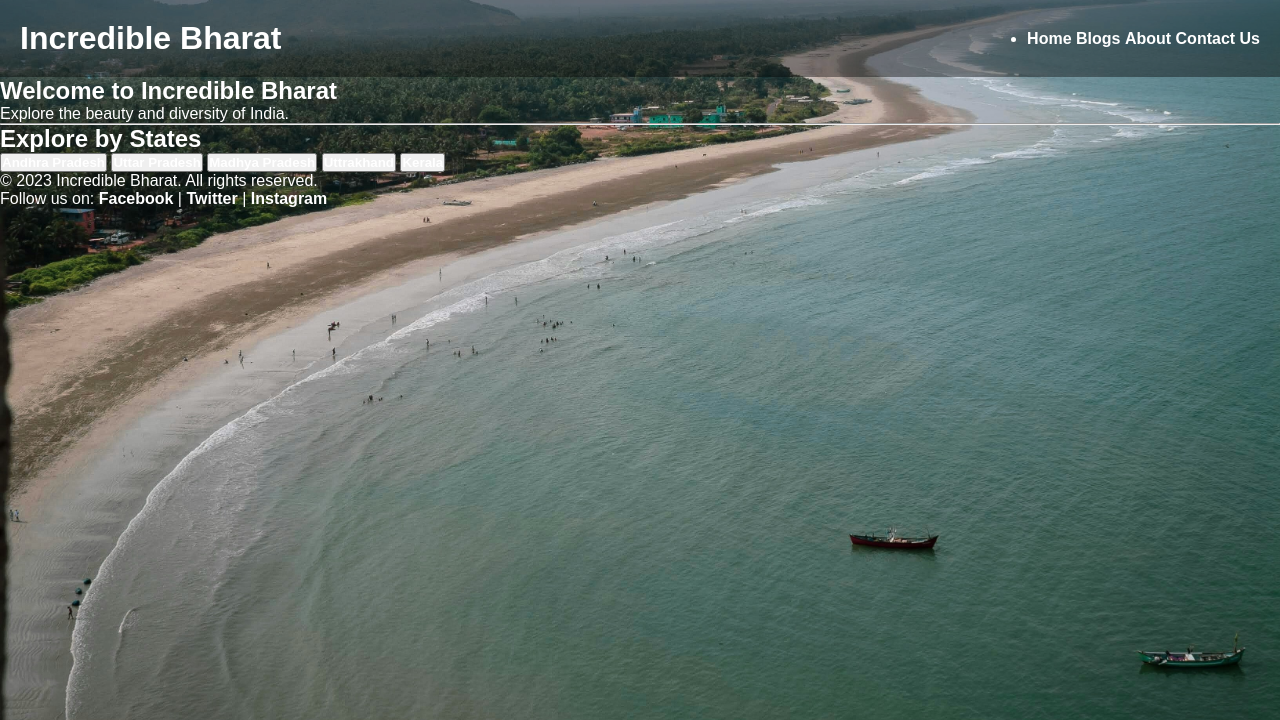
Repository: jaidhiman111/incrediblebharat
Page: index.html
The author's editor kept a copy of each file at every save. The page is drawn from the files as they stood at one save, then again after the next save.
The browser window is 1280 px wide. The pictures show the whole page.

Above is the page before, as saved 2025-04-30 21:51:43.

After the next save:
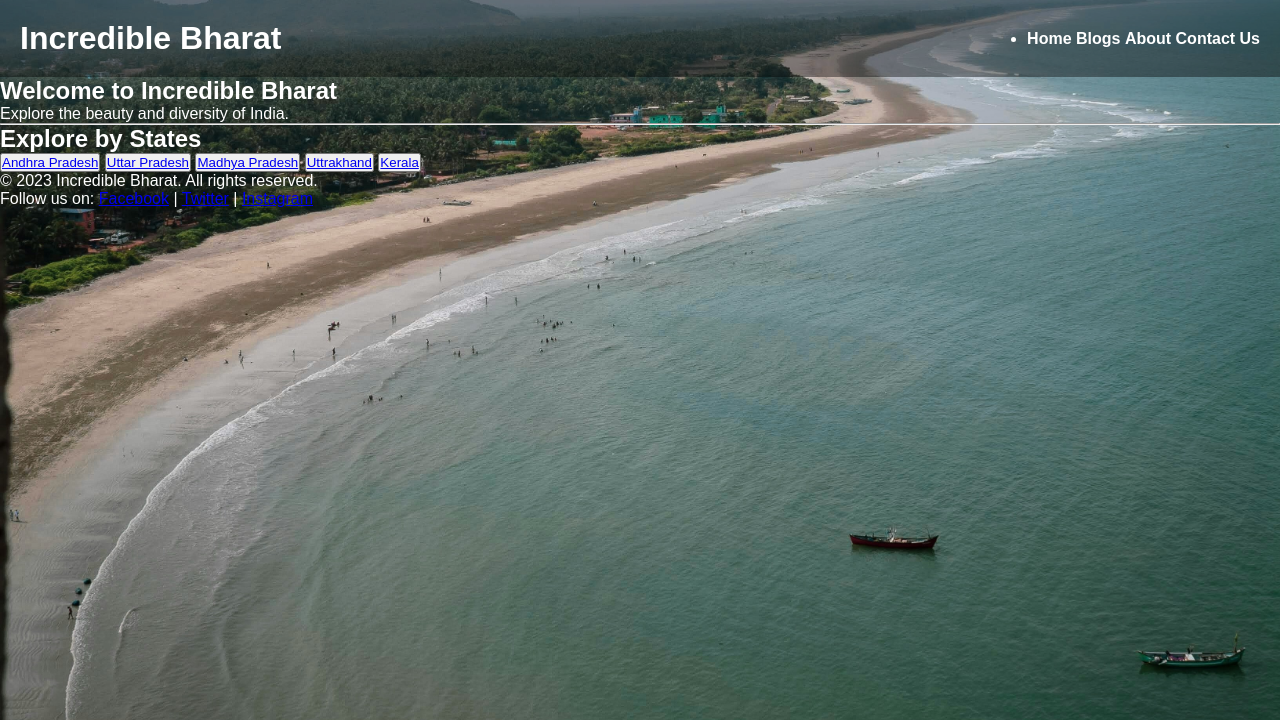
Saved 23 s later.
--- a/assets/style.css
+++ b/assets/style.css
@@ -22,7 +22,7 @@ body {
     text-align: center;
 }
 
-a {
+li a {
     text-decoration: none;
     color: #fff;
     font-weight: bold;
